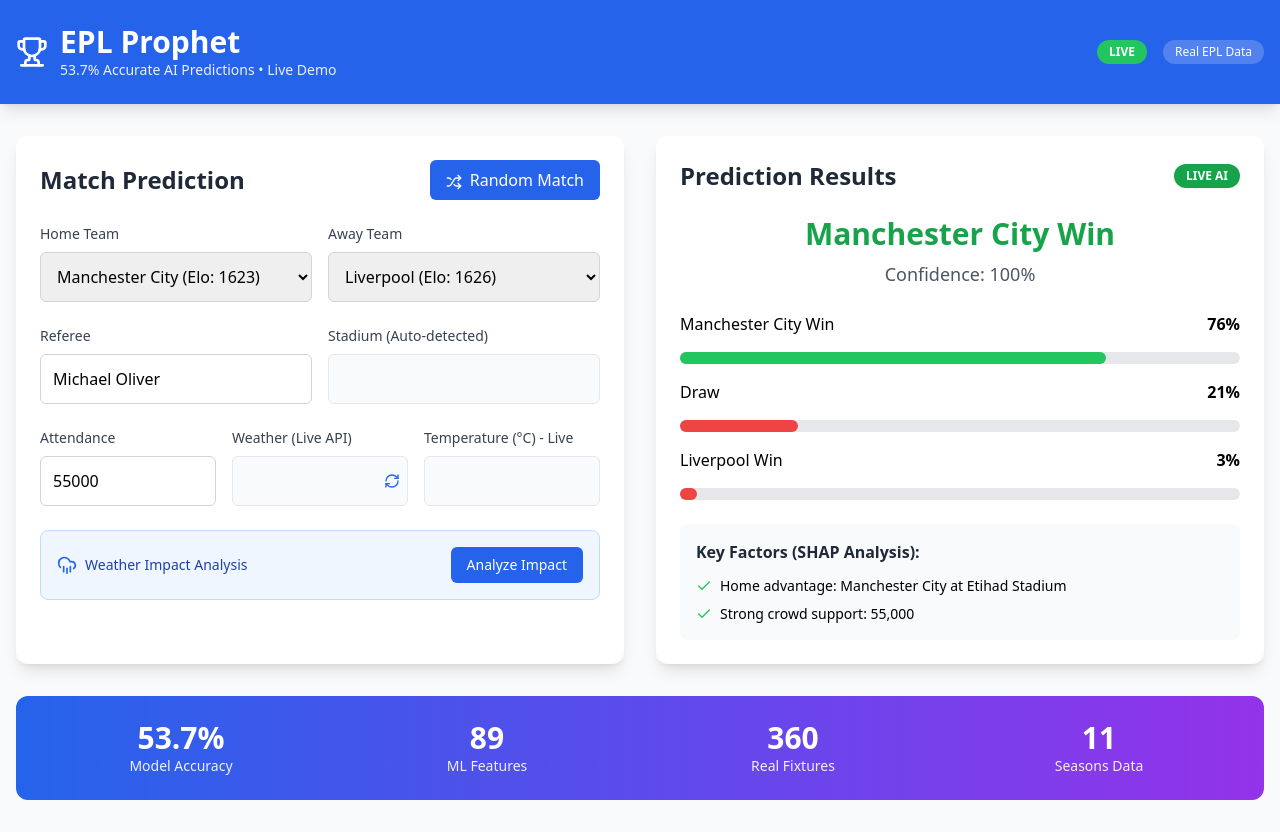
Repository: RCRRTOW3R2/EPL_PROPHET
Page: docs/showcase.html
An editor plug-in stored every save of this project. The page is shown before and after the next save, followed by the edit.
The browser window is 1280 px wide. The pictures show the whole page.
Some web libraries are served in a nearby version.

Above is the page before, as saved 2025-08-28 13:44:46.

After the next save:
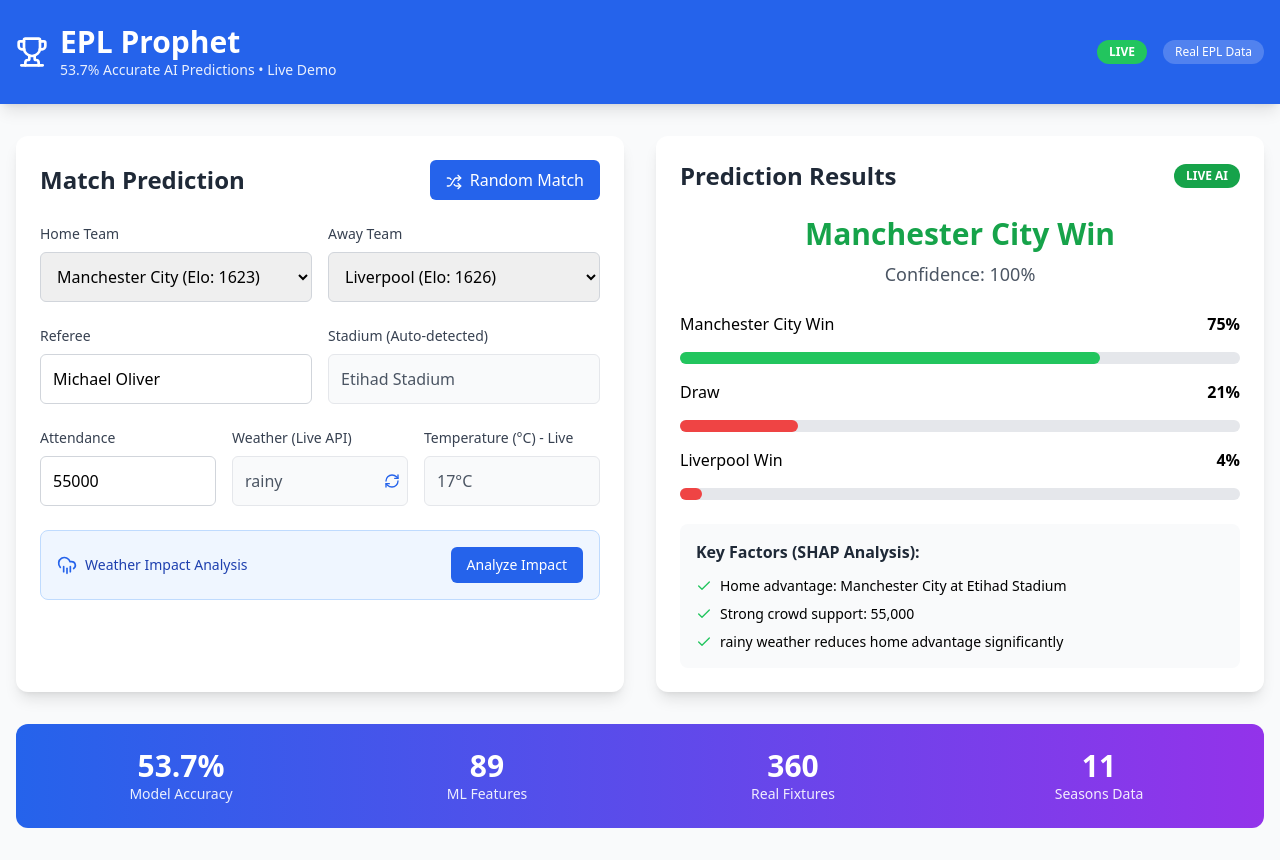
Saved 9 s later.
--- a/docs/showcase.html
+++ b/docs/showcase.html
@@ -447,8 +447,21 @@
             updatePrediction();
         }
 
+        // Update prediction when team changes (also updates stadium and weather)
+        function onTeamChange() {
+            updateStadium();
+            fetchWeather();
+            updatePrediction();
+        }
+
+        // Add event listeners for team changes
+        document.getElementById('homeTeam').addEventListener('change', onTeamChange);
+        document.getElementById('awayTeam').addEventListener('change', updatePrediction);
+
         // Initialize
         lucide.createIcons();
+        updateStadium();
+        fetchWeather();
         updatePrediction();
     </script>
 </body>
